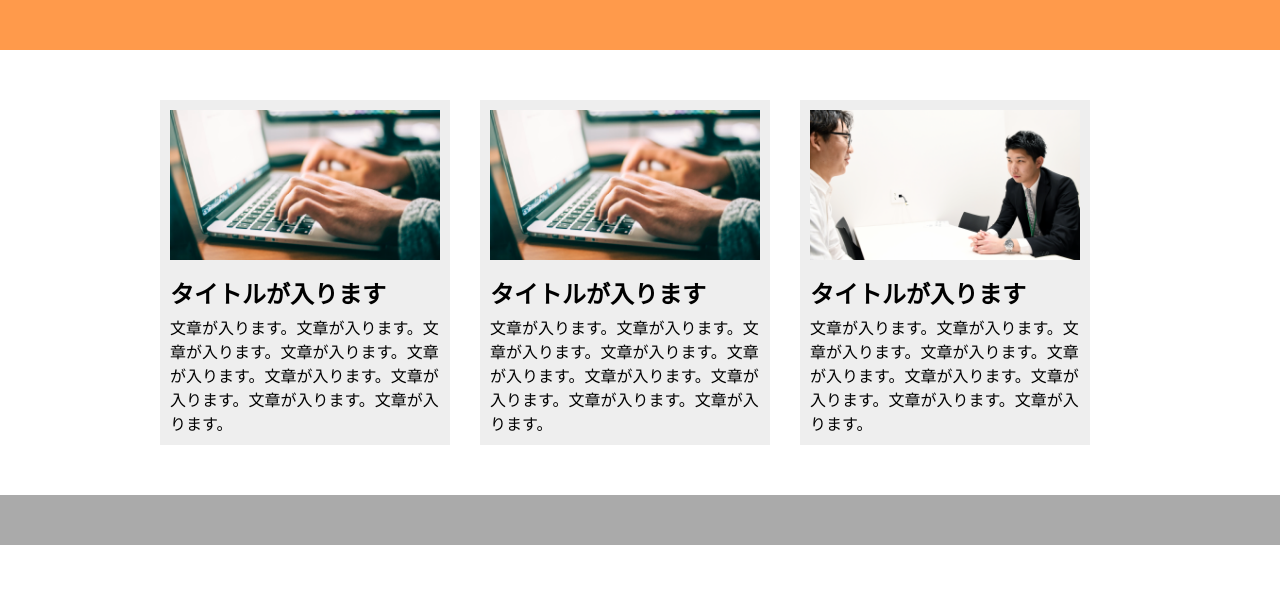
Repository: Takahiro620/dmmwebcamp
Page: enshu9/enshu9.html
The author's editor kept a record of every edit. The page is drawn from the files as they stood at one moment, then again after the next edit.
The browser window is 1280 px wide. The pictures show the whole page.

Above is the page before.

After the next edit:
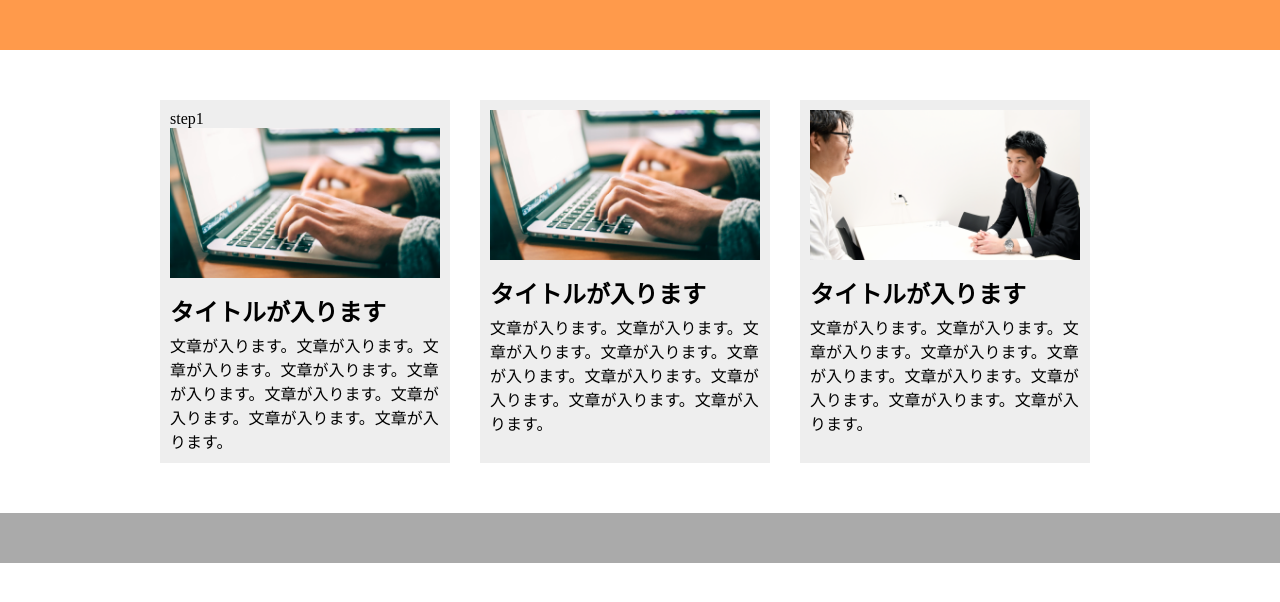
The edit:
--- a/enshu9/enshu9.html
+++ b/enshu9/enshu9.html
@@ -19,6 +19,9 @@
     <main class="main">
 
       <span class="main-1">
+        <div class="step">
+          <p class="step">step1</p>
+        </div>
         <div class="image-1"></div>
         <h2 class="title">タイトルが入ります</h2>
         <p class="text">文章が入ります。文章が入ります。文章が入ります。文章が入ります。文章が入ります。文章が入ります。文章が入ります。文章が入ります。文章が入ります。</p>
